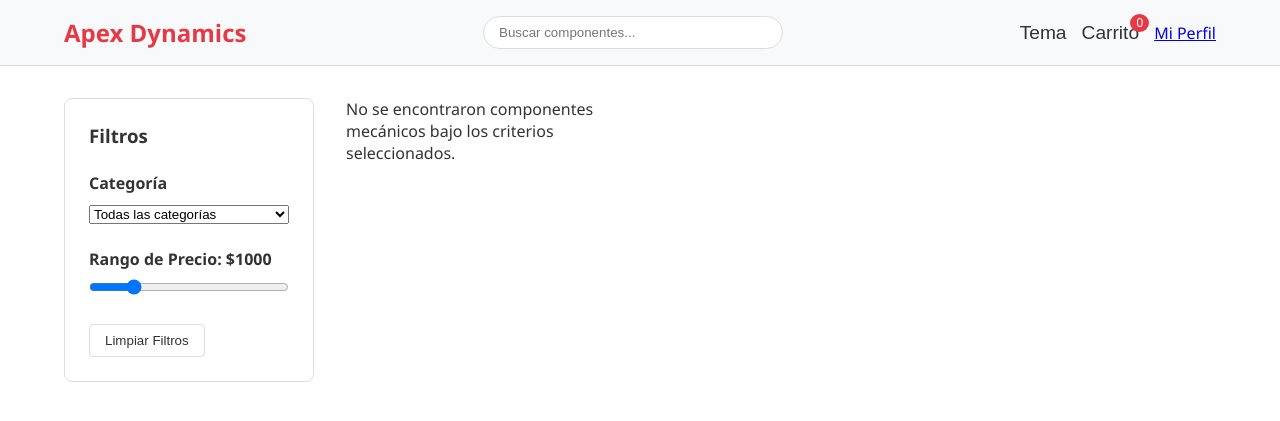
Repository: Niwrad774/Apex-Dynamics-Ecomerce
Page: html/cliente.html
These files come from the project's save history. The page is drawn as it stood at one moment and after the next save; the edit follows.
The browser window is 1280 px wide. The pictures show the whole page.
The page's requests for data from a server got no answer.

Above is the page before, as saved 2026-06-11 10:14:32.

### html/cliente.html
<!DOCTYPE html>
<html lang="es">
<head>
    <meta charset="UTF-8">
    <meta name="viewport" content="width=device-width, initial-scale=1.0">
    <title>Catálogo | Apex Dynamics</title>
    <link rel="stylesheet" href="/assets/css/cliente.css">
</head>
<body>
    <header class="navbar">
        <div class="logo"><a href="index.html" style="color: inherit; text-decoration: none;">Apex Dynamics</a></div>
        <div class="search-bar">
            <input type="text" id="search-input" placeholder="Buscar componentes...">
        </div>
        <nav class="nav-actions">
            <button id="theme-toggle" class="btn-icon">Tema</button>
            <button id="cart-toggle" class="btn-icon"><span id="cart-count">0</span>Carrito</button>
            <a href="#perfil" class="profile-link">Mi Perfil</a>
        </nav>
    </header>

    <main class="catalog-layout">
        <aside class="filters-sidebar">
            <h3>Filtros</h3>
            <div class="filter-group">
                <label for="category-select">Categoría</label>
                <select id="category-select">
                    <option value="all">Todas las categorías</option>
                    <option value="suspension">Suspensión y Dirección</option>
                    <option value="frenos">Frenos</option>
                    <option value="motor">Motor y Rendimiento</option>
                    <option value="telemetria">Electrónica y Telemetría</option>
                </select>
            </div>
            <div class="filter-group">
                <label for="price-range">Rango de Precio: $<span id="price-value">1000</span></label>
                <input type="range" id="price-range" min="0" max="5000" step="50" value="1000">
            </div>
            <button id="clear-filters" class="btn-secondary">Limpiar Filtros</button>
        </aside>

        <section class="products-container" id="products-grid">
            <article class="product-card" data-category="frenos" data-price="850">
                <div class="product-img">Frenos de Carbono</div>
                <div class="product-info">
                    <h4>Discos de Freno Carbon-Cerámicos</h4>
                    <p class="price">$850.00</p>
                    <div class="rating">⭐⭐⭐⭐⭐ (12)</div>
                    <button class="btn-primary add-to-cart" data-id="1">Agregar al Carrito</button>
                    <button class="btn-text view-details">Ver Detalles / Reseñas</button>
                </div>
            </article>
        </section>
    </main>

    <aside class="cart-panel" id="cart-panel">
        <div class="cart-header">
            <h2>Tu Paddock (Carrito)</h2>
            <button id="close-cart" class="btn-icon">✖</button>
        </div>
        <div class="cart-items" id="cart-items">
            </div>
        <div class="cart-summary">
            <div class="summary-row">
                <span>Subtotal:</span>
                <span id="cart-subtotal">$0.00</span>
            </div>
            <div class="summary-row total">
                <span>Total:</span>
                <span id="cart-total">$0.00</span>
            </div>
            <button id="btn-checkout" class="btn-primary btn-block">Proceder al Pago</button>
        </div>
    </aside>

    <div class="modal-overlay" id="checkout-modal">
        <div class="modal-content">
            <span class="close-modal" id="close-checkout">&times;</span>
            <h2>Completar Orden</h2>
            <form id="checkout-form">
                <div class="form-group">
                    <label>Nombre en la Tarjeta</label>
                    <input type="text" required placeholder="Piloto Principal">
                </div>
                <div class="form-group">
                    <label>Número de Tarjeta</label>
                    <input type="text" required pattern="\d{16}" placeholder="0000 0000 0000 0000">
                </div>
                <div class="form-row">
                    <div class="form-group">
                        <label>Vencimiento</label>
                        <input type="text" required placeholder="MM/YY">
                    </div>
                    <div class="form-group">
                        <label>CVV</label>
                        <input type="text" required pattern="\d{3,4}" placeholder="123">
                    </div>
                </div>
                <button type="submit" class="btn-primary btn-block">Confirmar Pago</button>
            </form>
        </div>
    </div>

    <div class="modal-overlay" id="product-modal">
        <div class="modal-content product-modal-content">
            <span class="close-modal" id="close-product">&times;</span>
            <div class="product-details-layout">
                <div class="product-details-info">
                    <h2 id="modal-product-title">Título del Producto</h2>
                    <p id="modal-product-desc">Descripción detallada del componente...</p>
                    <p class="price" id="modal-product-price">$0.00</p>
                </div>
                <div class="product-reviews-section">
                    <h3>Reseñas</h3>
                    <div id="reviews-list" class="reviews-list">
                        </div>
                    <form id="review-form" class="review-form">
                        <h4>Deja tu opinión</h4>
                        <div class="star-rating">
                            <label><input type="radio" name="rating" value="1"> 1⭐</label>
                            <label><input type="radio" name="rating" value="2"> 2⭐</label>
                            <label><input type="radio" name="rating" value="3"> 3⭐</label>
                            <label><input type="radio" name="rating" value="4"> 4⭐</label>
                            <label><input type="radio" name="rating" value="5" checked> 5⭐</label>
                        </div>
                        <textarea rows="3" placeholder="¿Qué tal funciona este componente en la pista?" required></textarea>
                        <button type="submit" class="btn-secondary">Enviar Reseña</button>
                    </form>
                </div>
            </div>
        </div>
    </div>
</body>

<script type="module" src="/js/controllers/CatalogoController.js"></script>

</html>

### assets/css/cliente.css
:root {
    --bg-color: #ffffff;
    --text-color: #333333;
    --primary-color: #e63946;
    --primary-hover: #d62828;
    --secondary-bg: #f8f9fa;
    --card-bg: #ffffff;
    --border-color: #dddddd;
    --font-main: 'Segoe UI', Tahoma, Geneva, Verdana, sans-serif;
    --overlay-bg: rgba(0, 0, 0, 0.6);
}

* { margin: 0; padding: 0; box-sizing: border-box; }

body {
    font-family: var(--font-main);
    background-color: var(--bg-color);
    color: var(--text-color);
    overflow-x: hidden;
}

.btn-primary {
    background-color: var(--primary-color);
    color: #fff;
    border: none;
    padding: 10px 15px;
    border-radius: 4px;
    cursor: pointer;
    font-weight: bold;
    transition: 0.3s;
}
.btn-primary:hover { background-color: var(--primary-hover); }

.btn-secondary {
    background-color: transparent;
    color: var(--text-color);
    border: 1px solid var(--border-color);
    padding: 8px 15px;
    border-radius: 4px;
    cursor: pointer;
    transition: 0.3s;
}
.btn-secondary:hover { background-color: var(--secondary-bg); }

.btn-icon {
    background: none;
    border: none;
    font-size: 1.2rem;
    cursor: pointer;
    color: inherit;
    position: relative;
}
.btn-block { width: 100%; }

.navbar {
    display: flex;
    justify-content: space-between;
    align-items: center;
    padding: 1rem 5%;
    background-color: var(--secondary-bg);
    border-bottom: 1px solid var(--border-color);
    position: sticky;
    top: 0;
    z-index: 100;
}
.navbar .logo { font-size: 1.5rem; font-weight: bold; color: var(--primary-color); }
.search-bar input {
    padding: 8px 15px;
    border-radius: 20px;
    border: 1px solid var(--border-color);
    width: 300px;
}
.nav-actions { display: flex; gap: 15px; align-items: center; }
#cart-count {
    position: absolute;
    top: -8px; right: -10px;
    background: var(--primary-color);
    color: white;
    font-size: 0.75rem;
    padding: 2px 6px;
    border-radius: 50%;
}

/* --- Layout del Catálogo --- */
.catalog-layout {
    display: flex;
    gap: 2rem;
    padding: 2rem 5%;
    min-height: 80vh;
}

/* Sidebar Filtros */
.filters-sidebar {
    width: 250px;
    background: var(--card-bg);
    padding: 1.5rem;
    border-radius: 8px;
    border: 1px solid var(--border-color);
    height: fit-content;
}
.filters-sidebar h3 { margin-bottom: 1.5rem; }
.filter-group { margin-bottom: 1.5rem; }
.filter-group label { display: block; margin-bottom: 0.5rem; font-weight: bold; }
.filter-group select, .filter-group input[type="range"] { width: 100%; }

/* Grid Productos */
.products-container {
    flex: 1;
    display: grid;
    grid-template-columns: repeat(auto-fill, minmax(250px, 1fr));
    gap: 1.5rem;
}
.product-card {
    background: var(--card-bg);
    border: 1px solid var(--border-color);
    border-radius: 8px;
    overflow: hidden;
    display: flex;
    flex-direction: column;
}
.product-img {
    height: 180px;
    background: #e9ecef;
    display: flex;
    align-items: center;
    justify-content: center;
    color: #6c757d;
}
.product-info { padding: 1rem; display: flex; flex-direction: column; flex: 1; }
.product-info h4 { margin-bottom: 0.5rem; font-size: 1.1rem; }
.product-info .price { color: var(--primary-color); font-weight: bold; font-size: 1.2rem; margin-bottom: 0.5rem; }
.product-info .rating { margin-bottom: 1rem; font-size: 0.9rem; }
.product-info .add-to-cart { margin-top: auto; margin-bottom: 0.5rem; }
.product-info .btn-text { background: none; border: none; color: #0066cc; cursor: pointer; text-decoration: underline; }

/* --- Panel del Carrito --- */
.cart-panel {
    position: fixed;
    top: 0; right: -400px;
    width: 350px;
    height: 100vh;
    background: var(--card-bg);
    box-shadow: -2px 0 10px rgba(0,0,0,0.1);
    z-index: 1000;
    transition: right 0.3s ease;
    display: flex;
    flex-direction: column;
}
.cart-panel.open { right: 0; }
.cart-header {
    padding: 1.5rem;
    border-bottom: 1px solid var(--border-color);
    display: flex;
    justify-content: space-between;
    align-items: center;
}
.cart-items { flex: 1; overflow-y: auto; padding: 1.5rem; }
.cart-summary {
    padding: 1.5rem;
    border-top: 1px solid var(--border-color);
    background: var(--secondary-bg);
}
.summary-row { display: flex; justify-content: space-between; margin-bottom: 0.5rem; }
.summary-row.total { font-size: 1.2rem; font-weight: bold; margin-bottom: 1rem; }

/* --- Modales (Checkout y Producto) --- */
.modal-overlay {
    position: fixed;
    top: 0; left: 0; width: 100%; height: 100%;
    background: var(--overlay-bg);
    display: none;
    align-items: center;
    justify-content: center;
    z-index: 1100;
}
.modal-content {
    background: var(--bg-color);
    padding: 2rem;
    border-radius: 8px;
    width: 90%;
    max-width: 400px;
    position: relative;
}
.product-modal-content { max-width: 800px; }
.close-modal {
    position: absolute;
    top: 15px; right: 20px;
    font-size: 1.5rem;
    cursor: pointer;
}
.form-group { margin-bottom: 1rem; }
.form-group label { display: block; margin-bottom: 0.3rem; font-size: 0.9rem; }
.form-group input {
    width: 100%; padding: 10px;
    border: 1px solid var(--border-color); border-radius: 4px;
}
.form-row { display: flex; gap: 10px; }

/* Layout Detalle de Producto */
.product-details-layout {
    display: grid;
    grid-template-columns: 1fr 1fr;
    gap: 2rem;
    margin-top: 1rem;
}
.review-form {
    margin-top: 1.5rem;
    background: var(--secondary-bg);
    padding: 1rem;
    border-radius: 8px;
}
.star-rating { margin-bottom: 1rem; display: flex; gap: 10px; }
.review-form textarea {
    width: 100%; padding: 10px;
    border: 1px solid var(--border-color);
    border-radius: 4px; margin-bottom: 1rem; resize: vertical;
}

/* --- Responsive --- */
@media (max-width: 768px) {
    .catalog-layout { flex-direction: column; }
    .filters-sidebar { width: 100%; }
    .product-details-layout { grid-template-columns: 1fr; }
}

### js/repositories/ProductoRepository.js
export class ProductRepository {
    constructor() {
        this.apiURL = 'https://fakestoreapi.com/products';
    }

    async getAllProducts() {
        // CONEXIÓN LOCAL: Intentamos leer la base de datos local en el navegador
        let products = JSON.parse(localStorage.getItem('products'));

        // INTERCEPCIÓN / LOGICA DE CACHÉ: Si no hay datos locales, nos conectamos a la API externa
        if (!products || products.length === 0) {
            try {
                // CONEXIÓN DE RED: Consumo de datos crudos externos
                const response = await fetch(this.apiURL);
                const data = await response.json();

                // MAPEO DE DOMINIO: Transformamos los datos de la API al contexto automotriz
                products = data.map(item => ({
                    id: item.id,
                    title: this.translateToMotorsport(item.title, item.id),
                    description: item.description,
                    price: parseFloat((item.price * 10).toFixed(2)),
                    category: this.mapCategory(item.category),
                    rating: item.rating ? item.rating.rate : 5,
                    reviewsCount: item.rating ? item.rating.count : 0
                }));

                // CONEXIÓN DE PERSISTENCIA: Se guardan localmente para otorgar el control total al Admin
                // A partir de este commit en el storage, la app deja de depender de la API externa
                localStorage.setItem('products', JSON.stringify(products));
            } catch (error) {
                console.error("Error en la conexión con la API, usando fallback local:", error);
                products = this.getFallbackProducts();
                localStorage.setItem('products', JSON.stringify(products));
            }
        }
        return products; // Retorna los datos unificados al Servicio o Controlador
    }

    getReviewsByProductId(productId) {
        // CONEXIÓN LOCAL: Recupera el mapa de reseñas persistidas por ID de producto
        const allReviews = JSON.parse(localStorage.getItem('product_reviews')) || {};
        return allReviews[productId] || this.getDefaultReviews();
    }

    saveReview(productId, reviewDto) {
        // CONEXIÓN LOCAL: Modifica el estado del LocalStorage inyectando una nueva reseña
        const allReviews = JSON.parse(localStorage.getItem('product_reviews')) || {};
        if (!allReviews[productId]) allReviews[productId] = this.getDefaultReviews();

        allReviews[productId].push(reviewDto);
        localStorage.setItem('product_reviews', JSON.stringify(allReviews));
    }

    mapCategory(apiCategory) {
        if (apiCategory.includes("electronics")) return "telemetria";
        if (apiCategory.includes("jewelery")) return "suspension";
        if (apiCategory.includes("men's clothing")) return "motor";
        return "frenos";
    }

    translateToMotorsport(title, id) {
        const names = [
            "Kit de Suspensión Coilovers Pro", "Discos de Freno Cerámicos",
            "Módulo de Telemetría GPS v2", "Turbocompresor de Geometría Variable",
            "Inyectores de Alta Presión", "Volante de Alcantara Competición",
            "Pastillas de Freno Compuesto Blando", "Sensor de Presión de Neumáticos TPMS"
        ];
        return names[id % names.length] || `Componente Racing HP-${id}`;
    }

    getDefaultReviews() {
        return [
            { rating: 5, comment: "Excelente respuesta en pista, altamente recomendado.", date: "2026-05-10" },
            { rating: 4, comment: "Buen material, requiere ajuste profesional.", date: "2026-06-01" }
        ];
    }

    getFallbackProducts() {
        return [{ id: 101, title: "Kit de Suspensión Ajustable", description: "Ideal para circuitos", price: 1200.00, category: "suspension", rating: 4.8, reviewsCount: 14 }];
    }
}

### js/services/CartService.js
export class CartService {
    constructor() {
        // CONEXIÓN DE ESTADO LOCAL: Inicializa el estado en memoria recuperando el carrito del LocalStorage
        this.cart = JSON.parse(localStorage.getItem('cart')) || [];
    }

    getCartItems() {
        return this.cart;
    }

    addToCart(product) {
        const existingItem = this.cart.find(item => item.id === product.id);
        if (existingItem) {
            existingItem.quantity += 1; // PUNTO DE CONEXIÓN: Operación de clonar/incrementar cantidad
        } else {
            this.cart.push({ ...product, quantity: 1 });
        }
        this.syncStorage();
    }

    incrementQuantity(productId) {
        const item = this.cart.find(item => item.id === productId);
        if (item) {
            item.quantity += 1;
            this.syncStorage();
        }
    }

    decrementQuantity(productId) {
        const item = this.cart.find(item => item.id === productId);
        if (item) {
            item.quantity -= 1;
            if (item.quantity <= 0) {
                this.removeFromCart(productId);
                return;
            }
            this.syncStorage();
        }
    }

    removeFromCart(productId) {
        this.cart = this.cart.filter(item => item.id !== productId);
        this.syncStorage();
    }

    clearCart() {
        this.cart = [];
        this.syncStorage();
    }

    // CALCULO MATEMÁTICO: Centraliza el cómputo automático de subtotales y totales requeridos
    getCalculatedTotals() {
        const subtotal = this.cart.reduce((acc, item) => acc + (item.price * item.quantity), 0);
        return {
            subtotal: subtotal.toFixed(2),
            total: subtotal.toFixed(2), // Modificar aquí si se requiere aplicar impuestos o descuentos
            count: this.cart.reduce((acc, item) => acc + item.quantity, 0)
        };
    }

    // CONEXIÓN DE PERSISTENCIA: Sincroniza el estado en memoria con el almacenamiento del navegador
    syncStorage() {
        localStorage.setItem('cart', JSON.stringify(this.cart));
    }
}

### js/views/CatalogoView.js
export class CatalogView {
    // CONEXIÓN CON EL DOM: Al instanciar la vista, le pasamos los elementos HTML que va a controlar
    constructor(domElements) {
        this.DOM = domElements;
    }

    // PUNTO DE CONEXIÓN (Datos -> Interfaz): Recibe el array filtrado y lo dibuja en la cuadrícula
    renderCatalog(products) {
        this.DOM.productsGrid.innerHTML = "";

        if (products.length === 0) {
            this.DOM.productsGrid.innerHTML = `<p class="no-results">No se encontraron componentes mecánicos bajo los criterios seleccionados.</p>`;
            return;
        }

        products.forEach(product => {
            const card = document.createElement("article");
            card.className = "product-card";
            // CONEXIÓN DE IDENTIFICADORES: Usamos `data-id` para mapear el elemento del DOM con el ID del objeto en la BD
            card.innerHTML = `
                <div class="product-img">${product.title.substring(0, 15)}...</div>
                <div class="product-info">
                    <h4>${product.title}</h4>
                    <p class="price">$${product.price.toLocaleString('en-US', {minimumFractionDigits: 2})}</p>
                    <div class="rating">⭐ ${product.rating} (${product.reviewsCount} refs)</div>
                    <button class="btn-primary add-to-cart" data-id="${product.id}">Agregar al Carrito</button>
                    <button class="btn-text view-details" data-id="${product.id}">Ver Detalles / Reseñas</button>
                </div>
            `;
            this.DOM.productsGrid.appendChild(card);
        });
    }

    // PUNTO DE CONEXIÓN (Carrito -> Interfaz): Dibuja los componentes dentro del Paddock lateral
    renderCart(items, totals) {
        this.DOM.cartCount.textContent = totals.count;
        this.DOM.cartSubtotal.textContent = `$${totals.subtotal}`;
        this.DOM.cartTotal.textContent = `$${totals.total}`;

        this.DOM.cartItemsContainer.innerHTML = "";

        if (items.length === 0) {
            this.DOM.cartItemsContainer.innerHTML = `<p style="text-align:center; color:#6c757d; margin-top:2rem;">El carrito está vacío.</p>`;
            return;
        }

        items.forEach(item => {
            const itemElement = document.createElement("div");
            itemElement.style.cssText = "display:flex; justify-content:space-between; align-items:center; margin-bottom:1rem; border-bottom:1px solid var(--border-color); padding-bottom:0.5rem;";
            // CONEXIÓN DE EVENTOS DELEGADOS: Los botones internos llevan el `data-id` para ser interceptados en el controlador
            itemElement.innerHTML = `
                <div>
                    <h5 style="font-size:0.95rem; font-weight:bold;">${item.title}</h5>
                    <p style="color:var(--primary-color); font-size:0.9rem;">$${item.price} x ${item.quantity}</p>
                </div>
                <div style="display:flex; gap:5px; align-items:center;">
                    <button class="btn-qty minus" data-id="${item.id}">-</button>
                    <span>${item.quantity}</span>
                    <button class="btn-qty plus" data-id="${item.id}">+</button>
                    <button class="btn-remove" data-id="${item.id}">🗑️</button>
                </div>
            `;
            this.DOM.cartItemsContainer.appendChild(itemElement);
        });
    }

    renderReviews(reviews) {
        this.DOM.reviewsList.innerHTML = "";
        reviews.forEach(rev => {
            const revEl = document.createElement("div");
            revEl.style.cssText = "margin-bottom: 1rem; border-bottom: 1px dashed #ccc; padding-bottom: 0.5rem;";
            revEl.innerHTML = `
                <p style="font-weight:bold; color:orange;">${"⭐".repeat(rev.rating)}</p>
                <p style="font-style:italic;">"${rev.comment}"</p>
                <small style="color:#777;">Fecha: ${rev.date}</small>
            `;
            this.DOM.reviewsList.appendChild(revEl);
        });
    }
}

Loaded but not shown: js/controllers/CatalogoController.js (185 lines, source omitted)

After the next save:
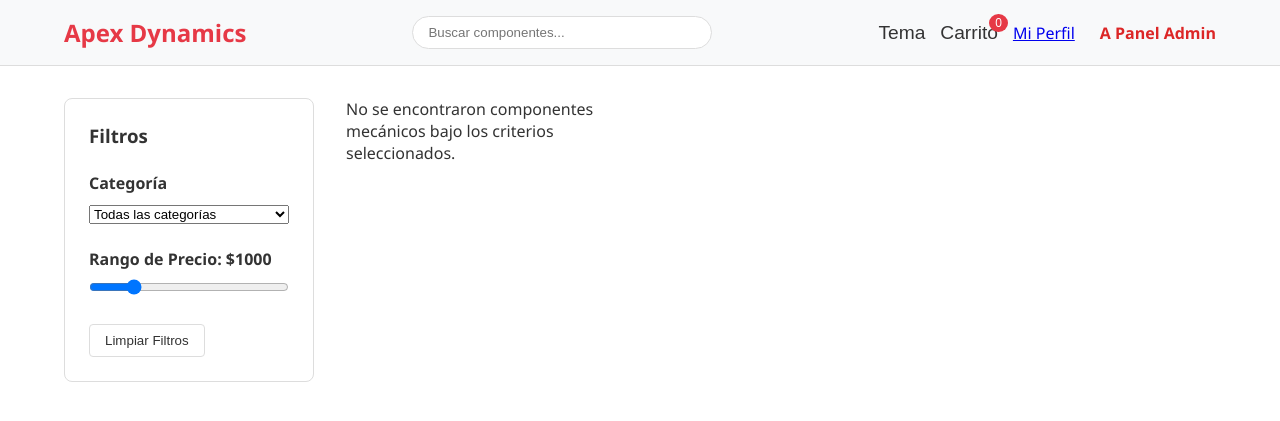
Saved 2 min 51 s later.
--- a/html/cliente.html
+++ b/html/cliente.html
@@ -16,6 +16,7 @@
             <button id="theme-toggle" class="btn-icon">Tema</button>
             <button id="cart-toggle" class="btn-icon"><span id="cart-count">0</span>Carrito</button>
             <a href="#perfil" class="profile-link">Mi Perfil</a>
+            <a href="admin.html" class="admin-link" style="margin-left: 10px; color: #dc2626; font-weight: bold; text-decoration: none;">A Panel Admin</a>
         </nav>
     </header>
 
